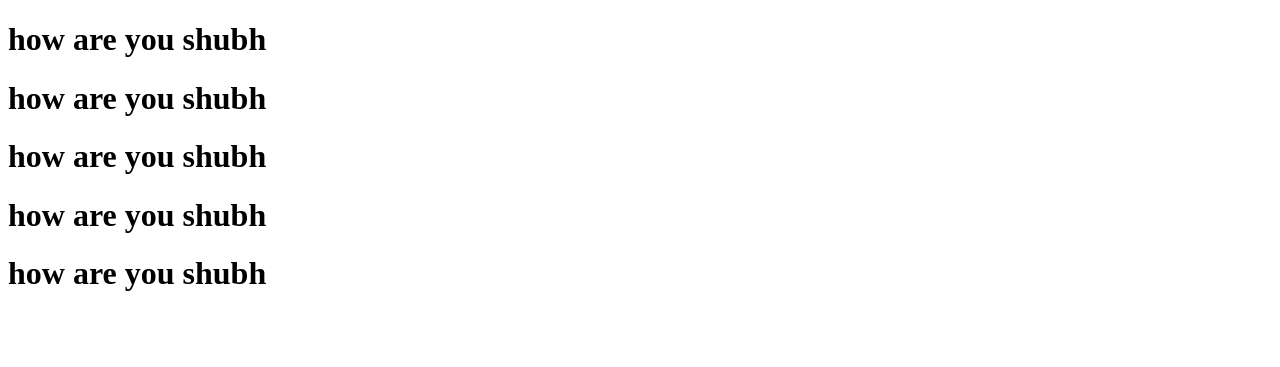
Repository: Hardeepsiddhu/Advancejava
Page: http://localhost/AdvanceDynamic/First.jsp
An editor plug-in stored every save of this project. The page is shown before and after the next save, followed by the edit.
The browser window is 1280 px wide. The pictures show the whole page.
The page is served by Tomcat 9. Other server files are loaded and not shown.

Above is the page before, as saved 2023-10-16 22:23:16.

### AdvanceDynamic/WebContent/First.jsp
<%@ page language="java" contentType="text/html; charset=ISO-8859-1"
    pageEncoding="ISO-8859-1"%>
<!DOCTYPE html>
<html>
<head>
<meta charset="ISO-8859-1">
<title>Insert title here</title>
</head>
<body>
<%
	String name = "shubh";
for(int i = 1;i <= 5;i++){
	%>
	<h1> how are you
	<%=name %>
	</h1>
	<%
	}
%>
</body>
</html>

After the next save:
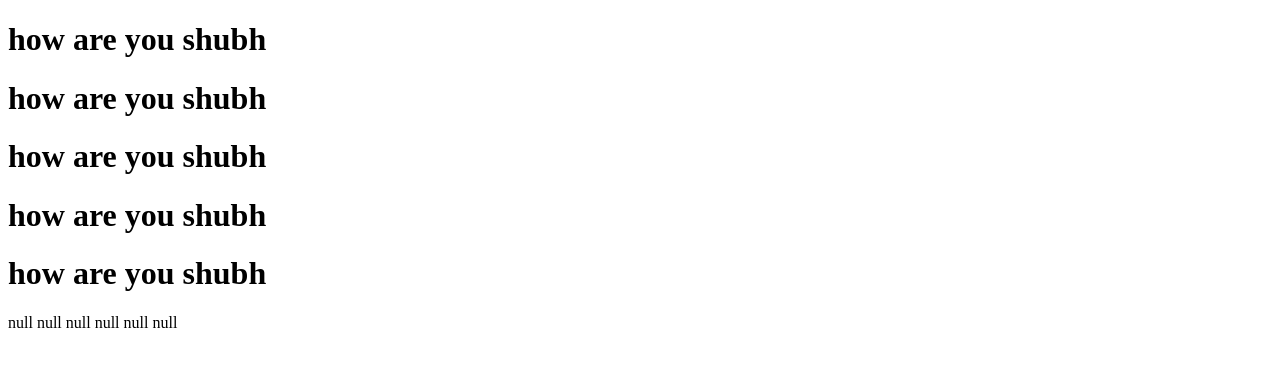
Saved 18 s later.
--- a/AdvanceDynamic/WebContent/First.jsp
+++ b/AdvanceDynamic/WebContent/First.jsp
@@ -19,3 +19,19 @@
 %>
 </body>
 </html>
+
+<%
+	String fname = request.getParameter("firstName");
+	String lname = request.getParameter("lastname");
+	String login = request.getParameter("loginId");
+	String pwd = request.getParameter("password");
+	String dob = request.getParameter("dob");
+	String address = request.getParameter("address");
+
+	%>
+	<%=fname%>
+	<%=lname %>
+	<%=login %>
+	<%=pwd %>
+	<%=dob %>
+	<%=address %>

After the save that followed:
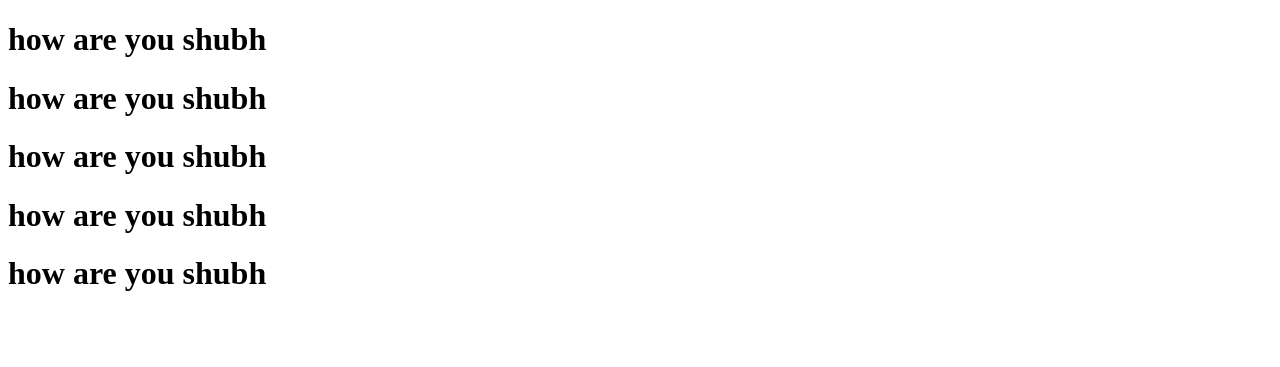
Saved 55 s later.
--- a/AdvanceDynamic/WebContent/First.jsp
+++ b/AdvanceDynamic/WebContent/First.jsp
@@ -19,19 +19,3 @@
 %>
 </body>
 </html>
-
-<%
-	String fname = request.getParameter("firstName");
-	String lname = request.getParameter("lastname");
-	String login = request.getParameter("loginId");
-	String pwd = request.getParameter("password");
-	String dob = request.getParameter("dob");
-	String address = request.getParameter("address");
-
-	%>
-	<%=fname%>
-	<%=lname %>
-	<%=login %>
-	<%=pwd %>
-	<%=dob %>
-	<%=address %>
